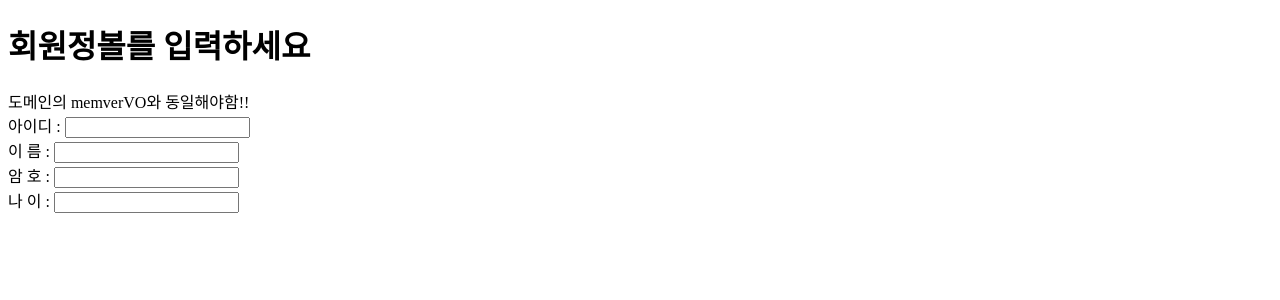
Repository: BbongLee/Spring2018
Page: http://localhost/SpringMVC1/WEB-INF/views/memberForm.jsp
These files come from the project's save history. The page is drawn as it stood at one moment and after the next save; the edit follows.
The browser window is 1280 px wide. The pictures show the whole page.
The page is served by Tomcat 9. Nobody is signed in. The template is opened directly, without the code that normally fills it, so the values that code supplies are empty.

Above is the page before, as saved 2018-07-26 00:51:36.

After the next save:
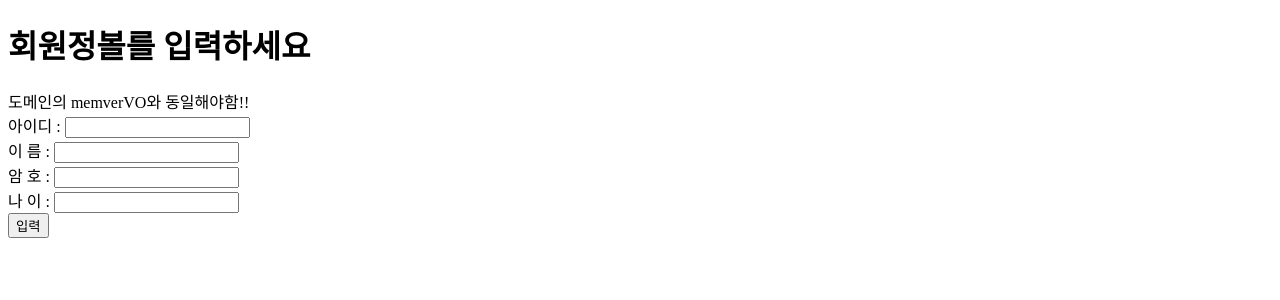
Saved 18 min 21 s later.
--- a/SpringMVC1/src/main/webapp/WEB-INF/views/memberForm.jsp
+++ b/SpringMVC1/src/main/webapp/WEB-INF/views/memberForm.jsp
@@ -14,6 +14,7 @@
 이 름 : <input type="text" name="name"><br>
 암 호 : <input type="text" name="pw"><br>
 나 이 : <input type="text" name="age"><br>
+<input type="submit" value="입력">
 </form>
 </body>
 </html>
